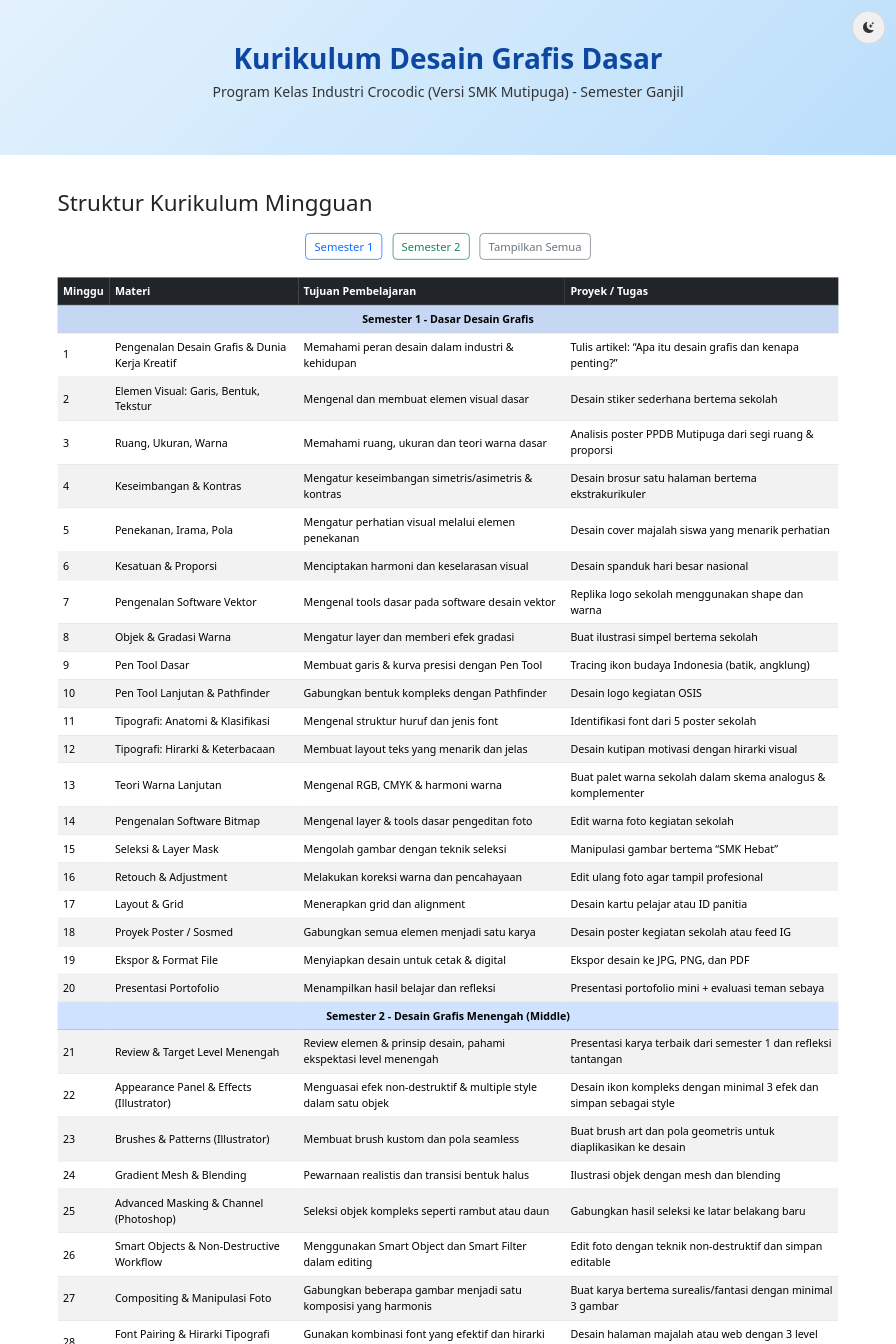
Repository: ppdbsmkmutipuga/kurikulumdesain
Page: index.html
An editor plug-in stored every save of this project. The page is shown before and after the next save, followed by the edit.
The browser window is 1280 px wide. The pictures show the part of the page from y = 0 to 1920 px (the page is 2789 px tall), at 70% of full size.

Above is the page before, as saved 2025-07-01 04:30:27.

### index.html
<!DOCTYPE html>
<html lang="id">

<head>
    <meta charset="UTF-8" />
    <meta name="viewport" content="width=device-width, initial-scale=1.0" />
    <title>Kurikulum Desain Grafis - SMK Mutipuga</title>
    <link href="https://cdn.jsdelivr.net/npm/bootstrap@5.3.3/dist/css/bootstrap.min.css" rel="stylesheet" />
    <link href="https://cdnjs.cloudflare.com/ajax/libs/aos/2.3.4/aos.css" rel="stylesheet" />
    <link href="https://cdn.jsdelivr.net/npm/bootstrap-icons@1.10.5/font/bootstrap-icons.css" rel="stylesheet">
    <link rel="stylesheet" href="style.css">
</head>

<body>
    <button class="btn btn-outline-dark mode-toggle" onclick="toggleMode()">
        <i class="bi bi-moon-stars-fill"></i>
    </button>

    <!-- Hero Section -->
    <section class="hero" data-aos="fade-down">
        <div class="container">
            <h1>Kurikulum Desain Grafis Dasar</h1>
            <p class="lead">Program Kelas Industri Crocodic (Versi SMK Mutipuga) - Semester Ganjil</p>
        </div>
    </section>

    <!-- Table Section -->
    <section class="container my-5" data-aos="fade-up">
        <h2 class="section-title">Struktur Kurikulum Mingguan</h2>
        <div class="filter-buttons">
            <button class="btn btn-outline-primary" onclick="filterSemester(1)">Semester 1</button>
            <button class="btn btn-outline-success" onclick="filterSemester(2)">Semester 2</button>
            <button class="btn btn-outline-secondary" onclick="filterSemester(0)">Tampilkan Semua</button>
        </div>
        <div class="table-container">
            <div class="table-responsive">
                <table class="table table-striped table-hover align-middle mb-0" id="kurikulumTable">
                    <thead class="table-dark">
                        <tr>
                            <th scope="col">Minggu</th>
                            <th scope="col">Materi</th>
                            <th scope="col">Tujuan Pembelajaran</th>
                            <th scope="col">Proyek / Tugas</th>
                        </tr>
                    </thead>
                    <tbody>
                        <!-- Data rows akan di-load lewat JS -->
                    </tbody>
                </table>
            </div>
        </div>
    </section>

    <!-- Footer -->
    <footer>
        &copy; 2025 SMK Muhammadiyah 3 Pucang Gading | Program Kelas Industri Crocodic
    </footer>

    <!-- Scripts -->
    <script src="https://cdn.jsdelivr.net/npm/bootstrap@5.3.3/dist/js/bootstrap.bundle.min.js"></script>
    <script src="https://cdnjs.cloudflare.com/ajax/libs/aos/2.3.4/aos.js"></script>
    <script src="script.js"></script>
</body>

</html>

### style.css
/* =========================
   HERO SECTION
========================= */
.hero {
  padding: 60px 0;
  background: linear-gradient(135deg, #e3f2fd, #bbdefb);
  text-align: center;
}

.hero h1 {
  font-weight: 700;
  font-size: 2.5rem;
  color: #0d47a1;
}

.hero p {
  font-size: 1.25rem;
  color: #333;
}

body.bg-dark .hero {
  background: linear-gradient(135deg, #1e1e1e, #2c2c2c);
}

body.bg-dark .hero h1 {
  color: #90caf9;
}

body.bg-dark .hero p {
  color: #cccccc;
}

/* =========================
   FILTER BUTTONS
========================= */
.filter-buttons {
  text-align: center;
  margin: 20px 0;
}

.filter-buttons .btn {
  margin: 5px;
}

body.bg-dark .btn-outline-primary {
  color: #90caf9;
  border-color: #90caf9;
}

body.bg-dark .btn-outline-success {
  color: #81c784;
  border-color: #81c784;
}

body.bg-dark .btn-outline-secondary {
  color: #b0bec5;
  border-color: #b0bec5;
}

/* =========================
   TABLE SECTION
========================= */
.table-container {
  overflow-x: auto;
}

.table th,
.table td {
  vertical-align: middle !important;
  font-size: 0.95rem;
}

/* Baris header semester (custom row) */
.table .table-header-row {
  background-color: #cce5ff;
  font-weight: 600;
  text-align: center;
}

body.bg-dark .table .table-header-row {
  background-color: #2c3e50;
  color: #ffffff !important;
}

/* DARK MODE TABLE FIX */
body.bg-dark .table,
body.bg-dark .table td,
body.bg-dark .table th {
  color: #f1f1f1 !important;
  background-color: transparent !important;
  opacity: 1 !important;
}

body.bg-dark .table-striped tbody tr:nth-of-type(odd) {
  background-color: #2c2c2c !important;
}

body.bg-dark .table-striped tbody tr:nth-of-type(even) {
  background-color: #1a1a1a !important;
}

body.bg-dark .table-hover tbody tr:hover {
  background-color: #3a3a3a !important;
}

body.bg-dark .table thead th {
  background-color: #111 !important;
  color: #fff !important;
  border-color: #444 !important;
}

body.bg-dark .table-primary {
  background-color: #455a64 !important;
  color: #fff !important;
}

/* =========================
   FOOTER
========================= */
footer {
  padding: 20px;
  text-align: center;
  background-color: #f1f1f1;
  margin-top: 50px;
  font-size: 0.9rem;
  color: #333;
}

body.bg-dark footer {
  background-color: #1e1e1e;
  color: #e0e0e0;
}

/* =========================
   MODE TOGGLE BUTTON
========================= */
.mode-toggle {
  position: fixed;
  top: 15px;
  right: 15px;
  z-index: 1000;
  border-radius: 50%;
  width: 48px;
  height: 48px;
  display: flex;
  align-items: center;
  justify-content: center;
  background-color: #f0f0f0;
  color: #333;
  border: 1px solid #ccc;
}

/* Header tabel semester */
.table-header-row {
  background-color: #cce5ff;
  /* mode terang */
  color: #0d47a1;
}

/* Ubah header semester agar lebih gelap dan teks lebih jelas di dark mode */
body.bg-dark .table-header-row {
  background-color: #37474f;
  /* warna gelap yang elegan */
  color: #ffffff;
}

body.bg-dark .mode-toggle {
  background-color: #333;
  color: #fff;
  border: 1px solid #666;
}

/* =========================
   RESPONSIVE
========================= */
@media (max-width: 768px) {
  .hero h1 {
    font-size: 1.8rem;
  }

  .hero p {
    font-size: 1rem;
  }

  .table th,
  .table td {
    font-size: 0.85rem;
  }
}

@media (max-width: 576px) {
  .mode-toggle {
    width: 40px;
    height: 40px;
  }

  .hero {
    padding: 40px 0;
  }
}

### script.js
// Inisialisasi animasi AOS
AOS.init();

// Data lengkap Week 1–40
const tableData = [
    { week: 'Semester 1 - Dasar Desain Grafis', isHeader: true, semester: 1 },
    { week: 1, materi: 'Pengenalan Desain Grafis & Dunia Kerja Kreatif', tujuan: 'Memahami peran desain dalam industri & kehidupan', tugas: 'Tulis artikel: “Apa itu desain grafis dan kenapa penting?”', semester: 1 },
    { week: 2, materi: 'Elemen Visual: Garis, Bentuk, Tekstur', tujuan: 'Mengenal dan membuat elemen visual dasar', tugas: 'Desain stiker sederhana bertema sekolah', semester: 1 },
    { week: 3, materi: 'Ruang, Ukuran, Warna', tujuan: 'Memahami ruang, ukuran dan teori warna dasar', tugas: 'Analisis poster PPDB Mutipuga dari segi ruang & proporsi', semester: 1 },
    { week: 4, materi: 'Keseimbangan & Kontras', tujuan: 'Mengatur keseimbangan simetris/asimetris & kontras', tugas: 'Desain brosur satu halaman bertema ekstrakurikuler', semester: 1 },
    { week: 5, materi: 'Penekanan, Irama, Pola', tujuan: 'Mengatur perhatian visual melalui elemen penekanan', tugas: 'Desain cover majalah siswa yang menarik perhatian', semester: 1 },
    { week: 6, materi: 'Kesatuan & Proporsi', tujuan: 'Menciptakan harmoni dan keselarasan visual', tugas: 'Desain spanduk hari besar nasional', semester: 1 },
    { week: 7, materi: 'Pengenalan Software Vektor', tujuan: 'Mengenal tools dasar pada software desain vektor', tugas: 'Replika logo sekolah menggunakan shape dan warna', semester: 1 },
    { week: 8, materi: 'Objek & Gradasi Warna', tujuan: 'Mengatur layer dan memberi efek gradasi', tugas: 'Buat ilustrasi simpel bertema sekolah', semester: 1 },
    { week: 9, materi: 'Pen Tool Dasar', tujuan: 'Membuat garis & kurva presisi dengan Pen Tool', tugas: 'Tracing ikon budaya Indonesia (batik, angklung)', semester: 1 },
    { week: 10, materi: 'Pen Tool Lanjutan & Pathfinder', tujuan: 'Gabungkan bentuk kompleks dengan Pathfinder', tugas: 'Desain logo kegiatan OSIS', semester: 1 },
    { week: 11, materi: 'Tipografi: Anatomi & Klasifikasi', tujuan: 'Mengenal struktur huruf dan jenis font', tugas: 'Identifikasi font dari 5 poster sekolah', semester: 1 },
    { week: 12, materi: 'Tipografi: Hirarki & Keterbacaan', tujuan: 'Membuat layout teks yang menarik dan jelas', tugas: 'Desain kutipan motivasi dengan hirarki visual', semester: 1 },
    { week: 13, materi: 'Teori Warna Lanjutan', tujuan: 'Mengenal RGB, CMYK & harmoni warna', tugas: 'Buat palet warna sekolah dalam skema analogus & komplementer', semester: 1 },
    { week: 14, materi: 'Pengenalan Software Bitmap', tujuan: 'Mengenal layer & tools dasar pengeditan foto', tugas: 'Edit warna foto kegiatan sekolah', semester: 1 },
    { week: 15, materi: 'Seleksi & Layer Mask', tujuan: 'Mengolah gambar dengan teknik seleksi', tugas: 'Manipulasi gambar bertema “SMK Hebat”', semester: 1 },
    { week: 16, materi: 'Retouch & Adjustment', tujuan: 'Melakukan koreksi warna dan pencahayaan', tugas: 'Edit ulang foto agar tampil profesional', semester: 1 },
    { week: 17, materi: 'Layout & Grid', tujuan: 'Menerapkan grid dan alignment', tugas: 'Desain kartu pelajar atau ID panitia', semester: 1 },
    { week: 18, materi: 'Proyek Poster / Sosmed', tujuan: 'Gabungkan semua elemen menjadi satu karya', tugas: 'Desain poster kegiatan sekolah atau feed IG', semester: 1 },
    { week: 19, materi: 'Ekspor & Format File', tujuan: 'Menyiapkan desain untuk cetak & digital', tugas: 'Ekspor desain ke JPG, PNG, dan PDF', semester: 1 },
    { week: 20, materi: 'Presentasi Portofolio', tujuan: 'Menampilkan hasil belajar dan refleksi', tugas: 'Presentasi portofolio mini + evaluasi teman sebaya', semester: 1 },
    { week: 'Semester 2 - Desain Grafis Menengah (Middle)', isHeader: true, semester: 2 },
    { week: 21, materi: 'Review & Target Level Menengah', tujuan: 'Review elemen & prinsip desain, pahami ekspektasi level menengah', tugas: 'Presentasi karya terbaik dari semester 1 dan refleksi tantangan', semester: 2 },
    { week: 22, materi: 'Appearance Panel & Effects (Illustrator)', tujuan: 'Menguasai efek non-destruktif & multiple style dalam satu objek', tugas: 'Desain ikon kompleks dengan minimal 3 efek dan simpan sebagai style', semester: 2 },
    { week: 23, materi: 'Brushes & Patterns (Illustrator)', tujuan: 'Membuat brush kustom dan pola seamless', tugas: 'Buat brush art dan pola geometris untuk diaplikasikan ke desain', semester: 2 },
    { week: 24, materi: 'Gradient Mesh & Blending', tujuan: 'Pewarnaan realistis dan transisi bentuk halus', tugas: 'Ilustrasi objek dengan mesh dan blending', semester: 2 },
    { week: 25, materi: 'Advanced Masking & Channel (Photoshop)', tujuan: 'Seleksi objek kompleks seperti rambut atau daun', tugas: 'Gabungkan hasil seleksi ke latar belakang baru', semester: 2 },
    { week: 26, materi: 'Smart Objects & Non-Destructive Workflow', tujuan: 'Menggunakan Smart Object dan Smart Filter dalam editing', tugas: 'Edit foto dengan teknik non-destruktif dan simpan editable', semester: 2 },
    { week: 27, materi: 'Compositing & Manipulasi Foto', tujuan: 'Gabungkan beberapa gambar menjadi satu komposisi yang harmonis', tugas: 'Buat karya bertema surealis/fantasi dengan minimal 3 gambar', semester: 2 },
    { week: 28, materi: 'Font Pairing & Hirarki Tipografi Lanjut', tujuan: 'Gunakan kombinasi font yang efektif dan hirarki teks yang kompleks', tugas: 'Desain halaman majalah atau web dengan 3 level teks dan font pairing', semester: 2 },
    { week: 29, materi: 'Typographic Grid & Readability', tujuan: 'Menggunakan grid dan memahami keterbacaan teks panjang', tugas: 'Rancang ulang artikel agar lebih rapi dan nyaman dibaca', semester: 2 },
    { week: 30, materi: 'Psikologi Warna & Palet Kustom', tujuan: 'Pahami pengaruh warna terhadap persepsi', tugas: 'Buat 2 palet warna untuk brand fiktif, berikan justifikasi', semester: 2 },
    { week: 31, materi: 'Logo & Identitas Visual Dasar', tujuan: 'Pahami jenis-jenis logo dan elemen visual', tugas: 'Analisis logo UKM lokal dan berikan saran pengembangan', semester: 2 },
    { week: 32, materi: 'Logo Variasi & Style Guide Dasar', tujuan: 'Desain versi logo berbeda dan panduan penggunaannya', tugas: 'Buat minimal 3 versi logo + 1 halaman style guide sederhana', semester: 2 },
    { week: 33, materi: 'InDesign: Master Pages', tujuan: 'Mengenal interface dan penggunaan master page', tugas: 'Desain dokumen 4 halaman dengan elemen tetap', semester: 2 },
    { week: 34, materi: 'InDesign: Styles & Text Flow', tujuan: 'Membuat paragraph styles dan mengatur aliran teks', tugas: 'Desain artikel dummy dengan text threading dan paragraph styles', semester: 2 },
    { week: 35, materi: 'UI/UX Design Principles', tujuan: 'Memahami prinsip dasar usability dan perbedaan UI/UX', tugas: 'Analisis aplikasi populer dan evaluasi prinsip usability-nya', semester: 2 },
    { week: 36, materi: 'Desain Elemen UI Dasar', tujuan: 'Desain tombol, form, dan komponen lain dengan berbagai state', tugas: 'Buat set UI: tombol, form, card dengan tampilan konsisten', semester: 2 },
    { week: 37, materi: 'Brief, Riset & Moodboard', tujuan: 'Menganalisis brief dan membuat visual moodboard', tugas: 'Buat moodboard untuk proyek branding fiktif', semester: 2 },
    { week: 38, materi: 'Proyek Integratif', tujuan: 'Menggabungkan semua skill dalam satu proyek besar', tugas: 'Lanjutkan proyek branding/brosur/UI berdasarkan brief', semester: 2 },
    { week: 39, materi: 'Print & Web Optimization', tujuan: 'Optimalkan file desain untuk cetak dan web', tugas: 'Ekspor proyek ke versi cetak (PDF) dan digital (JPG/PNG)', semester: 2 },
    { week: 40, materi: 'Portfolio Review & Karir', tujuan: 'Review proyek akhir dan diskusi karir desain', tugas: 'Presentasikan proyek akhir + 3–5 karya untuk portofolio mini', semester: 2 },
];

const tbody = document.querySelector('#kurikulumTable tbody');

function renderTable(filter) {
    tbody.innerHTML = '';
    let hasPrintedSemester1Header = false;
    let hasPrintedSemester2Header = false;
    tableData.forEach(row => {
        if (filter === 0 || row.semester === filter || row.isHeader) {
            if (row.isHeader) {
                if ((filter === 1 && row.semester === 1 && !hasPrintedSemester1Header) ||
                    (filter === 2 && row.semester === 2 && !hasPrintedSemester2Header) ||
                    filter === 0) {
                    const tr = document.createElement('tr');
                    tr.className = 'table-primary text-center fw-bold';
                    const td = document.createElement('td');
                    td.setAttribute('colspan', 4);
                    td.textContent = row.week;
                    tr.appendChild(td);
                    tbody.appendChild(tr);
                    if (row.semester === 1) hasPrintedSemester1Header = true;
                    if (row.semester === 2) hasPrintedSemester2Header = true;
                }
            } else {
                if (filter === 0 || row.semester === filter) {
                    const tr = document.createElement('tr');
                    tr.innerHTML = `
            <td>${row.week}</td>
            <td>${row.materi}</td>
            <td>${row.tujuan}</td>
            <td>${row.tugas}</td>
          `;
                    tbody.appendChild(tr);
                }
            }
        }
    });
}

function filterSemester(semester) {
    renderTable(semester);
}

function toggleMode() {
    document.body.classList.toggle('bg-dark');
    document.body.classList.toggle('text-white');
    document.querySelector('footer').classList.toggle('bg-light');
    document.querySelector('footer').classList.toggle('text-dark');
}

renderTable(0);

After the next save:
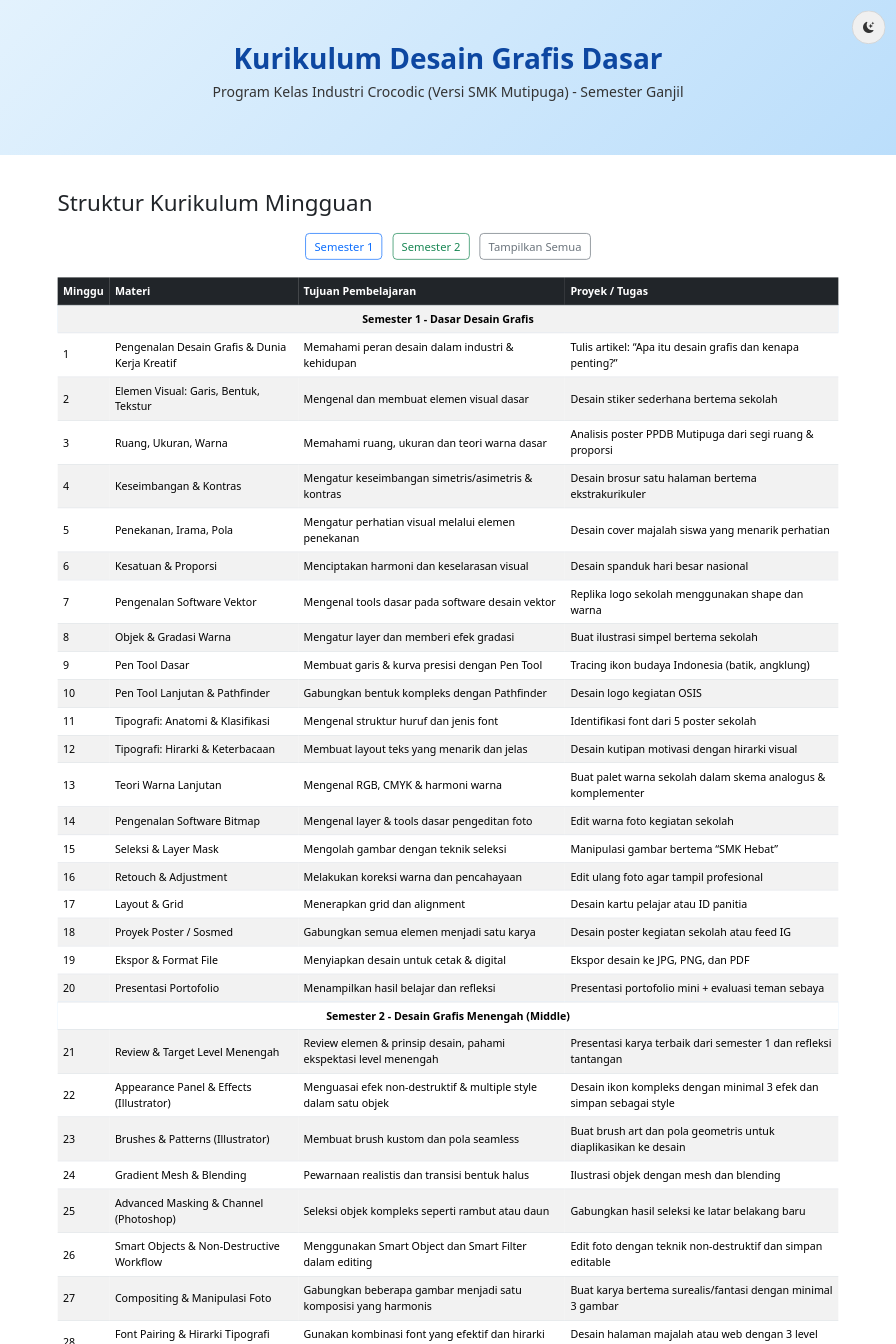
Saved 4 s later.
--- a/script.js
+++ b/script.js
@@ -60,7 +60,7 @@ function renderTable(filter) {
                     (filter === 2 && row.semester === 2 && !hasPrintedSemester2Header) ||
                     filter === 0) {
                     const tr = document.createElement('tr');
-                    tr.className = 'table-primary text-center fw-bold';
+                    tr.className = 'table-header-row text-center fw-bold';
                     const td = document.createElement('td');
                     td.setAttribute('colspan', 4);
                     td.textContent = row.week;
